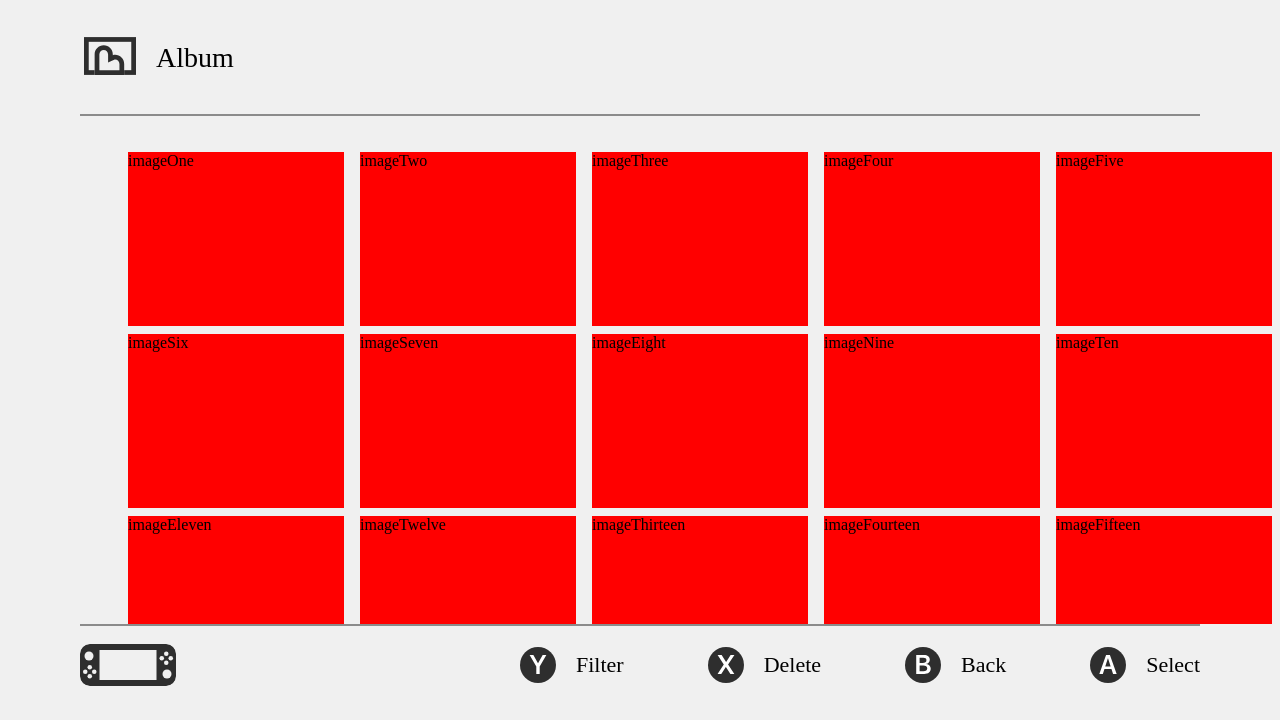
Repository: danielj1415/nintendoSwitchUI2
Page: /album
The author's editor kept a copy of each file at every save. The page is drawn from the files as they stood at one save, then again after the next save.
The browser window is 1280 px wide. The pictures show the whole page.
The project was rebuilt for these pictures with package versions that can differ from the ones it lists, and the page was loaded fresh each time. Also part of the build but not shown: vite.config.js, src/ScreenHome.jsx, src/ScreenSettings.jsx.

Above is the page before, as saved 2024-10-16 11:20:13.

### src/App.jsx
import { BrowserRouter as Router, Routes, Route } from "react-router-dom";
import ScreenHome from "./ScreenHome";
import ScreenSettings from "./ScreenSettings";
import ScreenAlbum from "./ScreenAlbum";
import './App.css';

function App() {
  return (
    <Router>
      <Routes>
        <Route path="/" element={<ScreenHome />} />
        <Route path="/settings" element={<ScreenSettings />} />
        <Route path="/album" element={<ScreenAlbum/>}/>
      </Routes>
    </Router>
  );
}

export default App;

### src/ScreenAlbum.jsx

import "./ScreenAlbum.css";

import { Navigate, useNavigate } from "react-router-dom";
import iconAlbumDark from "./assets/icons/iconAlbumDark.svg";
import iconSwitchDark from "./assets/icons/iconSwitchDark.svg";
import iconADark from "./assets/icons/iconADark.svg";
import iconBDark from "./assets/icons/iconBDark.svg";
import iconXDark from "./assets/icons/iconXDark.svg";
import iconYDark from "./assets/icons/iconYDark.svg";
import { useEffect } from "react";

function ScreenAlbum(){

    const images = [
        ["imageOne", "imageTwo", "imageThree", "imageFour", "imageFive"],
        ["imageSix", "imageSeven", "imageEight", "imageNine", "imageTen"],
        ["imageEleven", "imageTwelve", "imageThirteen", "imageFourteen", "imageFifteen"],
        ["imageSixteen", "imageSeventeen", "imageEighteen", "imageNineteen", "imageTwenty"],
        ["imageTwentyOne", "imageTwentyTwo", "imageTwentyThree", "imageTwentyFour", "imageTwentyFive"],
        ["imageTwentyFour", "imageTwentySeven", "imageTwentyEight", "imageTwentyNine", "imageThirty"]
    ]

    const navigate = useNavigate();

    useEffect(() => {
        const handleKeyDown = (event) => {
            if (event.key === "ArrowDown") {
                event.preventDefault();

            } else if (event.key === "ArrowUp") {
                event.preventDefault();

            } else if (event.key === "ArrowRight") {
                event.preventDefault();

            } else if (event.key === "ArrowLeft") {
                event.preventDefault();

            } else if (event.key === "A" || event.key === "a"){

            } else if (event.key === "B" || event.key === "b"){
                navigate("/settings");
            }
        };

        window.addEventListener("keydown", handleKeyDown);

        return () => {
            window.removeEventListener("keydown", handleKeyDown);
        };
    },);

    return (
        <div className="albumScreen">
            <div className="albumTopMenuSettings">
                <div className = "albumTopMenuRow">
                    <img src = {iconAlbumDark} className = "iconAlbumDark marginLeft108 marginRight28"/>
                    <p className = "headingText albumHeadingText">Album</p>
                </div>
                <div className = "albumDivider"/>
            </div>
            <div className="albumMiddleMenuSettings">
                <div className="imageContainer">
                {images.map((row, rowIndex) => (
                    <div className="imageRow" key={rowIndex}>
                    {row.map((cell, cellIndex) => (
                        <div className="image" key={cellIndex}>
                        {cell}
                        </div>
                    ))}
                    </div>
                ))}
                </div>
            </div>
            <div className="albumBottomMenuSettings">
                <div className = "albumDivider"/>
                <div className = "albumBottomMenuRow">
                    <img src={iconSwitchDark} className="iconSwitchDark" />
                    <div className = "albumBottomMenuTextIcons">
                        <img src = {iconYDark} className = "iconBSettings"/>
                        <p className="bottomMenuSettingsRowText">Filter</p>
                        <img src = {iconXDark} className = "iconASettings"/>
                        <p className="bottomMenuSettingsRowText">Delete</p>
                        <img src = {iconBDark} className = "iconASettings"/>
                        <p className="bottomMenuSettingsRowText">Back</p>
                        <img src = {iconADark} className = "iconASettings"/>
                        <p className="bottomMenuSettingsRowText">Select</p>
                    </div>
                </div>
            </div>
        </div>
    );
}

export default ScreenAlbum;

### src/App.css
html, body {
  margin: 0;
  padding: 0;
  height: 100%;
  width: 100%;
}

.appScreen{
  display: flex;
  justify-content: center;
  align-items: center;
  height: 100vh;
}

### src/ScreenSettings.css
@import "./fonts.css";

.topMenuSettings {
    width: 100%;
    background-color: #F0F0F0;
}

.topMenuRow {
    display: flex;
    align-items: center;
    background-color: #F0F0F0;
    height: 142px;
}

.bottomMenuSettings {
    width: 100%;
    background-color: #F0F0F0;
    z-index: 1;
    position: absolute;
    height: 110px;
}

.middleMenuSettings {
    display: flex;
}

.leftMenuSettings {
    width: 32%;
    height: 664px;
    background-color: #F5F5F5;
}

.rightMenuSettings {
    width: 68%;
    height: 664px;
    background-color: #F0F0F0;
}

.iconBrightnessLight {
    width: 66px;
    height: 66px;
}

.headingText {
    font-size: 34px;
    font-family: "Nintendo Switch UI";
}

.marginRight28 {
    margin-right: 28px;
}

.marginLeft108 {
    margin-left: 108px;
}

.divider {
    height: 2px;
    margin-left: 80px;
    margin-right: 80px;
    background-color: #bababa;
    justify-content: center;
}

.subheadingText {
    font-family: "Nintendo Switch UI";
    font-size: 30px;
}

.selectedOption {
    width: 432px;
    height: 94px;
    background-color: #FFFFFF;
    border: 6px solid #43D6DF;
    display: flex;
    /* Use flexbox to align the blue line and text horizontally */
    align-items: center;
    /* Vertically center the items inside */
    margin-left: 122px;
}

.unselectedOption {
    margin-left: 160px;
    display: flex;
    /* Use flexbox to align the blue line and text horizontally */
    align-items: center;
    /* Vertically center the items inside */
}

.selectedOptionSub {
    display: flex;
    align-items: center;
    height: 72px;
}

.marginLeft8 {
    margin-left: 8px;
}

.marginRight16 {
    margin-right: 18px;
}

.marginLeftselectedOption {
    margin-left: 88px;
}

.spacer {
    width: 4px;
    height: 32px;
    background-color: #F5F5F5;
}

.square {
    width: 432px;
    /* Set the width of the square */
    height: 2px;
    /* Set the height of the square */
    background-color: #bababa;
    /* You can change the color of the square */
    margin-top: 16px;
    margin-bottom: 16px;
    margin-left: 128px;
}

.selectedOptionLine {
    height: 72px;
    width: 6px;
    background-color: #0047FF;
}

.themeLine {
    height: 2px;
    width: 1064px;
    margin-left: 144px;
    background-color: #bababa;
}

.themeRow {
    display: flex;
    align-items: center;
    height: 88px;
}

.themeWhiteRectangle {
    width: 138px;
    height: 82px;
    background-color: white;
    border: 3px solid #B3B3B3;
}

.themeBlackRectangle {
    width: 138px;
    height: 82px;
    background-color: black;
    border: 3px solid #3C3C3C;
}

.marginLeft174 {
    margin-left: 174px;
}

.marginTop32 {
    margin-top: 16px;
}

.marginTop64 {
    margin-top: 64px;
}

.iconCheckMark {
    width: 48px;
    height: 48px;
    margin-left: 600px;
}

.themeRowSelected {
    display: flex;
    align-items: center;
    width: 1064px;
    height: 148px;      /* something note: 148 for selected while 144 for not selected because of the lines*/
    background-color: white;
    box-shadow: inset 0 0 0 6px #43D6DF;
}

.themeRowNotSelected {
    display: flex;
    align-items: center;
    width: 1064px;
    height: 144px;
}

.marginLeft144 {
    margin-left: 144px;
}

.marginLeft32 {
    margin-left: 32px;
}
.themeSpacer{
    margin-top: 64px;
}
.selectedThemeMarginRightSpacing {
    margin-right: 18px;
}

.selectedThemeMarginLeftSpacing {
    margin-left: 32px;
}
.basicColorContainer {
    width: 180px;
    display: flex;
    align-items: center;
    height: 116px;
}

.bottomMenuRowSettings{
    display: flex;
    align-items: center;
    margin-left: 80px;
    margin-right: 80px;
    display: flex;
    align-items: center;
    justify-content: space-between;
    margin-top: 18px;
    height: 60px;
}

.bottomMenuSettingsTextIcons{
    display: flex;
    align-items: center;
    justify-content:flex-end;
}

.bottomMenuSettingsRowText{
    font-family: "Nintendo Switch UI";
    color: black;
    font-size: 26px;
}

.iconSwitchDark{
    width: 96px;
    height: 44px;
    border-radius: 10px;
}
.iconASettings{
    margin-left: 84px;
    margin-right: 20px;
    width: 36px;
    height: 36px;
}
.iconBSettings{
    margin-right: 20px;
    width: 36px;
    height: 36px;
}

@media (max-height: 800px) and (min-height: 700px) {
    .headingText {
        font-size: 28px;
        font-family: "Nintendo Switch UI";
    }

    .subheadingText {
        font-family: "Nintendo Switch UI";
        font-size: 24px;
    }

    .iconBrightnessLight {
        width: 52px;
        height: 52px;
    }

    .leftMenuOptions {
        margin-left: 0px;
        margin-top: 0px;
    }

    .marginRight28 {
        margin-right: 20px;
    }

    .marginLeft108 {
        margin-left: 84px;
    }

    .topMenuRow {
        display: flex;
        align-items: center;
        background-color: #F0F0F0;
        height: 114px;
    }

    .bottomMenuSettings {
        width: 100%;
        height: 96px;
        background-color: #F0F0F0;
    }

    .leftMenuSettings {
        width: 35%;
        height: 564px;
        background-color: #F5F5F5;
    }

    .rightMenuSettings {
        width: 65%;
        height: 564px;
        background-color: #F0F0F0;
    }

    .marginLeft124 {
        margin-left: 124px;
    }

    .selectedOption {
        width: 342px;
        height: 72px;
        background-color: #FFFFFF;
        border: 6px solid #43D6DF;
        display: flex;
        /* Use flexbox to align the blue line and text horizontally */
        align-items: center;
        /* Vertically center the items inside */
        margin-left: 88px;
    }

    .unselectedOption {
        margin-left: 122px;
        display: flex;
        /* Use flexbox to align the blue line and text horizontally */
        align-items: center;
        /* Vertically center the items inside */
    }

    .selectedOptionSub {
        display: flex;
        align-items: center;
        height: 72px;
    }

    .selectedOptionLine {
        height: 56px;
        width: 4px;
        background-color: #0047FF;
    }

    .marginLeft8 {
        margin-left: 8px;
    }

    .marginRight16 {
        margin-right: 16px;
    }

    .marginLeftselectedOption {
        margin-left: 88px;
    }

    .spacer {
        width: 4px;
        height: 32px;
        background-color: #F5F5F5;
    }

    .square {
        width: 56%;
        /* Set the width of the square */
        height: 2px;
        /* Set the height of the square */
        background-color: #C0C0C0;
        /* You can change the color of the square */
        margin-left: 122px;
        margin-top: 16px;
        margin-bottom: 16px;
    }

    .marginTop64 {
        margin-top: 50px;
    }

    .themeLine {
        height: 2px;
        width: 764px;
        margin-left: 116px;
        background-color: #bababa;
    }

    .marginLeft144 {
        margin-left: 116px;
    }

    .iconCheckMark {
        width: 40px;
        height: 40px;
        margin-left: 372px;
    }

    .themeWhiteRectangle {
        width: 108px;
        height: 64px;
        background-color: white;
        border: 3px solid #B3B3B3;
    }

    .themeBlackRectangle {
        width: 108px;
        height: 64px;
        background-color: black;
        border: 3px solid #3C3C3C;
    }

    .themeRowSelected {
        display: flex;
        align-items: center;
        width: 764px;
        height: 120px;
        background-color: white;
        box-shadow: inset 0 0 0 6px #43D6DF;
    }

    .themeRowNotSelected {
        display: flex;
        align-items: center;
        width: 764px;
        height: 116px;
    }

    .basicColorContainer {
        width: 160px;
        display: flex;
        align-items: center;
        height: 116px;
    }

    .selectedThemeMarginRightSpacing {
        margin-right: 16px;
    }

    .selectedThemeMarginLeftSpacing {
        margin-left: 32px;
    }

    .themeSpacer{
        margin-top: 48px;
    }
    .basicWallpaperContainer{
        width: 400px;
        display: flex;
        align-items: center;
        height: 116px;
    }
    /* 10.4.2024 1512px */
    .iconSwitchDark{
        width: 96px;
        height: 42px;
        border-radius: 10px;
    }
    .bottomMenuRowSettings{
        margin-left: 80px;
        margin-right: 80px;
        display: flex;
        align-items: center;
        justify-content: space-between;
        margin-top: 4px;
    }
    /* 10.7.2024 1512px */
    .bottomMenuSettingsRowText{
        font-family: "Nintendo Switch UI";
        color: black;
        font-size: 22px;
    }
    .bottomMenuSettingsTextIcons{
        display: flex;
        align-items: center;
        justify-content:flex-end;
    }
    .iconASettings{
        margin-left: 84px;
        margin-right: 20px;
    }
    .iconBSettings{
        margin-right: 20px;
    }

}

### src/ScreenAlbum.css

@import "./fonts.css";

.albumTopMenuSettings {
    background-color: #F0F0F0;
    width: 100%;
}
.albumTopMenuRow{
    display: flex;
    align-items: center;
    height: 142px;
    background-color: #F0F0F0;
    margin-bottom: 2px;
}

.albumMiddleMenuSettings{
    background-color: #F0F0F0;
    height: 660px;
    overflow-y:hidden;
}

.albumBottomMenuSettings{
    width: 100%;
    height: 112px;
    background-color: #F0F0F0;
    z-index: 1;
    position: absolute;
}
.albumBottomMenuRow{
    display: flex;
    align-items: center;
    margin-left: 80px;
    margin-right: 80px;
    justify-content: space-between;
    margin-top: 4px;
}
.albumBottomMenuTextIcons{
    display: flex;
    align-items: center;
    justify-content: flex-end;
}
.albumDivider {
    height: 2px;
    margin-left: 80px;
    margin-right: 80px;
    background-color: #bababa;
    justify-content: center;
}
.iconAlbumDark{
    height: 40px;
    width: 52px;
}
.albumHeadingText{
    margin-top: 32px;
}
.imageContainer{
    margin-left: 120px;
    margin-top: 36px;
}
.imageRow{
    display: flex;
}
.image{
    width: 312px;
    height: 174px;
    background-color: red;
    margin-left: 8px;
    margin-right: 8px;
    margin-bottom: 8px;
}

@media (max-height: 800px) and (min-height: 700px) {
    .albumTopMenuSettings {
        background-color: #F0F0F0;
        width: 100%;
    }
    .albumTopMenuRow{
        display: flex;
        align-items: center;
        height: 112px;
        background-color: #F0F0F0;
        margin-bottom: 2px;
    }

    .albumMiddleMenuSettings{
        background-color: #F0F0F0;
        height: 564px;
    }

    .albumBottomMenuSettings{
        width: 100%;
        height: 96px;
        background-color: #F0F0F0;
        z-index: 2;
        position: absolute;
        bottom: 0;
    }
    .albumBottomMenuRow{
        display: flex;
        align-items: center;
        margin-left: 80px;
        margin-right: 80px;
        justify-content: space-between;
        margin-top: 4px;
    }
    .albumBottomMenuTextIcons{
        display: flex;
        align-items: center;
        justify-content: flex-end;
    }
    .albumDivider {
        height: 2px;
        margin-left: 80px;
        margin-right: 80px;
        background-color: #8B8B8B;
        justify-content: center;
    }
    .iconAlbumDark{
        height: 40px;
        width: 52px;
    }
    .albumHeadingText{
        margin-top: 32px;
    }
}

### src/fonts.css

@font-face {
    font-family: "Nintendo Switch";
    src: url("/src/assets/fonts/NINTENDOSWITCHUI.TTF");
  }

Loaded but not shown: index.html (common file); src/main.jsx (common file); src/ScreenHome.css (417 lines, source omitted)

After the next save:
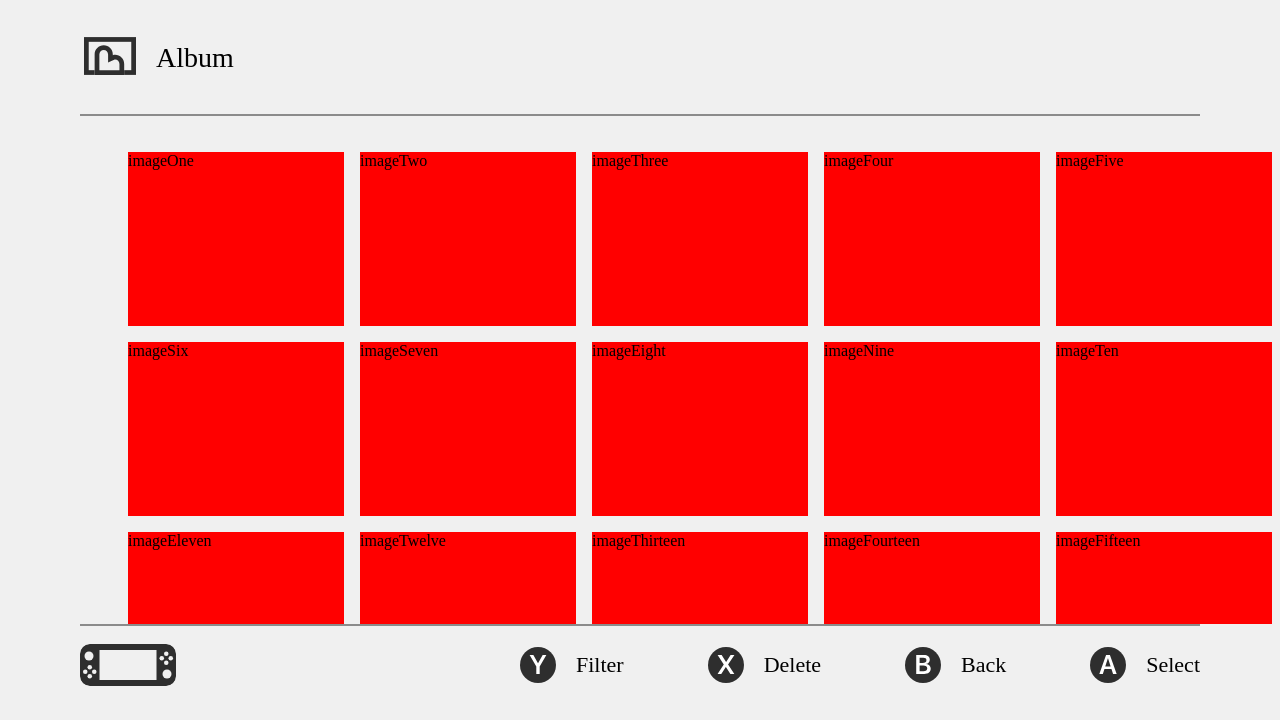
Saved 20 s later.
--- a/src/ScreenAlbum.css
+++ b/src/ScreenAlbum.css
@@ -66,7 +66,7 @@
     background-color: red;
     margin-left: 8px;
     margin-right: 8px;
-    margin-bottom: 8px;
+    margin-bottom: 16px;
 }
 
 @media (max-height: 800px) and (min-height: 700px) {
